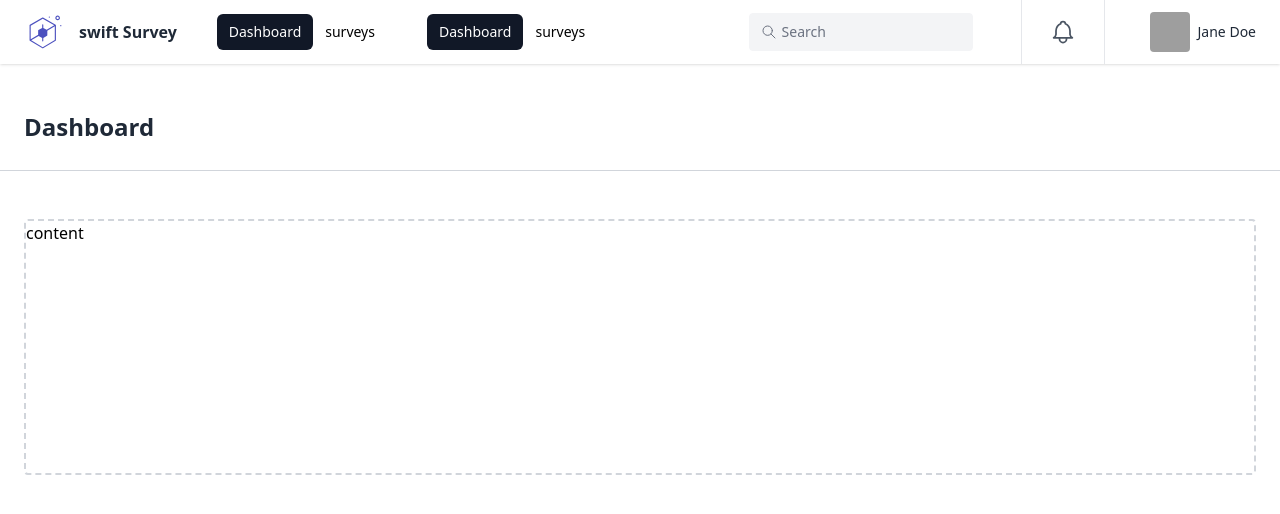
Repository: thomsontochi/swiftSurvey
Page: /dashboard (app in vue/)
The author's editor kept a copy of each file at every save. The page is drawn from the files as they stood at one save, then again after the next save.
The browser window is 1280 px wide. The pictures show the whole page.
Pictures or frames that could not be fetched are drawn as grey boxes. The project was rebuilt for these pictures with package versions that can differ from the ones it lists, and the page was loaded fresh each time. Also part of the build but not shown: vue/vite.config.js, vue/src/views/Login.vue, vue/src/views/Register.vue, vue/src/views/Surveys.vue, vue/src/components/AuthLayout.vue, vue/src/components/Pages/Welcome.vue.

Above is the page before, as saved 2022-07-16 15:44:07.

### vue/src/main.js
import { createApp } from 'vue'
import App from './App.vue'
import store from './store'
import './index.css'
import router from './router'

createApp(App)
    .use(router)
    .use(store)
    .mount('#app')

### vue/src/App.vue
<script setup>

</script>

<template>

  <router-view></router-view>

</template>

### vue/src/store/index.js
import { createStore } from "vuex";

const store = createStore ({

    state: {
        user: {
            data: {},
            token: 123,
          }
    },
    getters:{},
    actions:{},
    mutations:{},
    modules:{}
})

export default store;

### vue/src/router/index.js
import { createRouter, createWebHistory } from "vue-router";
import Login from '../views/Login.vue'
import Register from '../views/Register.vue'
import Dashboard from "../views/Dashboard.vue"
import DefaultLayout from "../components/DefaultLayout.vue"
import Surveys from "../views/Surveys.vue"
import AuthLayout from "../components/AuthLayout.vue"
import Welcome from "../components/Pages/Welcome.vue"
import store from "../store"




const routes = [
    {
      path: "/",
      name: Welcome,
      component: Welcome
    },
    {
        path: "/dashboard",
        redirect: "/dashboard",
        component: DefaultLayout,
        meta: {requiresAuth: true},
        children: [
          { path: "/dashboard", name: "Dashboard", component: Dashboard },
          { path: "/surveys", name: "Surveys", component: Surveys },
        ],
    },
    {
        path:"/auth",
        redirect: "/login",
        name:"Auth",
        component: AuthLayout,
        meta: {isGuest: true},
        children: [

            {
                path: '/login',
                name: 'Login',
                component: Login
            },
            {
                path: '/register',
                name: 'Register',
                component: Register
            }

        ]

    },


];

const router = createRouter ({
    history: createWebHistory(),
    routes
})

router.beforeEach((to, from, next) => {
    if (to.meta.requiresAuth && !store.state.user.token) {
      next({ name: "Login" });
    } else if (store.state.user.token && to.meta.isGuest) {
      next({ name: "Dashboard" });
    } else {
      next();
    }
  });

export default router;

### vue/src/views/Dashboard.vue
<template>

     <!-- Page title starts -->

        <div class="  my-6 lg:my-12 container px-6 mx-auto flex flex-col lg:flex-row items-start lg:items-center justify-between pb-4 border-b border-gray-300">
            <div>
                <h4 class="text-2xl font-bold leading-tight text-gray-800">Dashboard</h4>

                <ul class="flex flex-col md:flex-row items-start md:items-center text-gray-600 text-sm mt-3"> </ul>
            </div>
            <!-- <div class="mt-6 lg:mt-0">
                <button class="mx-2 my-2 bg-white transition duration-150 ease-in-out focus:outline-none hover:bg-gray-100 rounded text-indigo-700 px-6 py-2 text-sm">Back</button>
                <button class="transition duration-150 ease-in-out hover:bg-indigo-600 focus:outline-none border bg-indigo-700 rounded text-white px-8 py-2 text-sm">Edit Profile</button>
            </div> -->
        </div>
        <!-- Page title ends -->


        <div class="container mx-auto px-6">
            <!-- Remove class [ h-64 ] when adding a card block -->
            <!-- Remove class [ border-dashed border-2 border-gray-300 ] to remove dotted border -->
            <div class="w-full h-64 rounded border-dashed border-2 border-gray-300">
                <!-- Place your content here -->
                <h1>content</h1>
            </div>
        </div>


</template>

<!-- <script>
export default {
    name: "LightWithGreyBackground",
    data() {
        return {
            xmlns: "http://www.w3.org/2000/svg",
            xlink: "http://www.w3.org/1999/xlink",
            profilePhoto: "https://tuk-cdn.s3.amazonaws.com/assets/components/boxed_layout/bl_1.png",
        };
    },
    methods: {
        dropdownHandler(event) {
            let single = event.currentTarget.getElementsByTagName("ul")[0];
            single.classList.toggle("hidden");
        },
        MenuHandler(el, val) {
            let MainList = el.currentTarget.parentElement.getElementsByTagName("ul")[0];
            let closeIcon = el.currentTarget.parentElement.getElementsByClassName("close-m-menu")[0];
            let showIcon = el.currentTarget.parentElement.getElementsByClassName("show-m-menu")[0];
            if (val) {
                MainList.classList.remove("hidden");
                el.currentTarget.classList.add("hidden");
                closeIcon.classList.remove("hidden");
            } else {
                showIcon.classList.remove("hidden");
                MainList.classList.add("hidden");
                el.currentTarget.classList.add("hidden");
            }
        },
    },
};
</script> -->

### vue/src/components/DefaultLayout.vue
<template>
    <div class="">
        <!-- Navigation starts -->
        <nav class="w-full mx-auto bg-white shadow">
            <div class="container px-6 justify-between h-16 flex items-center lg:items-stretch mx-auto">
                <div class="h-full flex items-center">
                    <div class="mr-10 flex items-center">
                        <svg aria-label="Home" id="logo" enable-background="new 0 0 300 300" height="44" viewBox="0 0 300 300" width="43" v-bind:xmlns="xmlns" :xmlns:xlink="xlink">
                            <g>
                                <path
                                    fill="#4c51bf"
                                    d="m234.735 35.532c-8.822 0-16 7.178-16 16s7.178 16 16 16 16-7.178 16-16-7.178-16-16-16zm0 24c-4.412 0-8-3.588-8-8s3.588-8 8-8 8 3.588 8 8-3.588 8-8 8zm-62.529-14c0-2.502 2.028-4.53 4.53-4.53s4.53 2.028 4.53 4.53c0 2.501-2.028 4.529-4.53 4.529s-4.53-2.027-4.53-4.529zm89.059 60c0 2.501-2.028 4.529-4.53 4.529s-4.53-2.028-4.53-4.529c0-2.502 2.028-4.53 4.53-4.53s4.53 2.029 4.53 4.53zm-40.522-5.459-88-51.064c-1.242-.723-2.773-.723-4.016 0l-88 51.064c-1.232.715-1.992 2.033-1.992 3.459v104c0 1.404.736 2.705 1.938 3.428l88 52.936c.635.381 1.35.572 2.062.572s1.428-.191 2.062-.572l88-52.936c1.201-.723 1.938-2.023 1.938-3.428v-104c0-1.426-.76-2.744-1.992-3.459zm-90.008-42.98 80.085 46.47-52.95 31.289-23.135-13.607v-21.713c0-2.209-1.791-4-4-4s-4 1.791-4 4v21.713l-26.027 15.309c-1.223.719-1.973 2.029-1.973 3.447v29.795l-52 30.727v-94.688zm0 198.707-80.189-48.237 51.467-30.412 24.723 14.539v19.842c0 2.209 1.791 4 4 4s4-1.791 4-4v-19.842l26.027-15.307c1.223-.719 1.973-2.029 1.973-3.447v-31.667l52-30.728v94.729z"
                                />
                            </g>
                        </svg>
                        <router-link :to="{path: '/' }" class="text-base text-gray-800 font-bold tracking-normal leading-tight ml-3 hidden lg:block">swift Survey</router-link>
                    </div>

                    <ul class="pr-12 xl:flex items-center h-full hidden">
                        <li class="hover:text-indigo-700 cursor-pointer h-full flex items-center text-sm  tracking-normal">
                         <router-link
                            v-for="item in navigation"
                            :key="item.name"
                            :to="item.to"
                            active-class="bg-gray-900 text-white"
                            :class="[ this.$route.name !== item.to.name ? '' : ' hover:bg-gray-700 hover:text-white', 'px-3 py-2 rounded-md text-sm font-medium']">
                              {{item.name}}
                        </router-link>
                        </li>
                        <li class="hover:text-indigo-700 cursor-pointer h-full flex items-center text-sm text-gry-800 mx-10 tracking-normal">
                         <router-link
                            v-for="item in navigation"
                            :key="item.name"
                            :to="item.to"
                            active-class="bg-gray-900 text-white"
                            :class="[ this.$route.name === item.to.name ? '' : ' hover:bg-gray-700 hover:text-white', 'px-3 py-2 rounded-md text-sm font-medium']"
                         >
                       {{item.name}}
                        </router-link>
                        </li>

                    </ul>
                </div>

                <div class="h-full xl:flex items-center justify-end hidden">
                    <div class="w-full h-full flex items-center">
                        <div class="w-full pr-12 h-full flex items-center border-r">
                            <div class="relative w-full">
                                <div class="text-gray-500 absolute ml-3 inset-0 m-auto w-4 h-4">
                                    <svg v-bind:xmlns="xmlns" class="icon icon-tabler icon-tabler-search" width="16" height="16" viewBox="0 0 24 24" stroke-width="1.5" stroke="currentColor" fill="none" stroke-linecap="round" stroke-linejoin="round">
                                        <path stroke="none" d="M0 0h24v24H0z" />
                                        <circle cx="10" cy="10" r="7" />
                                        <line x1="21" y1="21" x2="15" y2="15" />
                                    </svg>
                                </div>
                                <input class="border border-gray-100 focus:outline-none focus:border-indigo-700 w-56 rounded text-sm text-gray-500 bg-gray-100 pl-8 py-2" type="text" placeholder="Search" />
                            </div>
                        </div>
                        <div class="w-full h-full flex">
                            <div class="w-32 h-full flex items-center justify-center border-r cursor-pointer text-gray-600">
                                <svg v-bind:xmlns="xmlns" class="icon icon-tabler icon-tabler-bell" width="28" height="28" viewBox="0 0 24 24" stroke-width="1.5" stroke="currentColor" fill="none" stroke-linecap="round" stroke-linejoin="round">
                                    <path stroke="none" d="M0 0h24v24H0z" />
                                    <path d="M10 5a2 2 0 0 1 4 0a7 7 0 0 1 4 6v3a4 4 0 0 0 2 3h-16a4 4 0 0 0 2 -3v-3a7 7 0 0 1 4 -6" />
                                    <path d="M9 17v1a3 3 0 0 0 6 0v-1" />
                                </svg>
                            </div>
                            <div aria-haspopup="true" class="cursor-pointer w-full flex items-center justify-end relative" @click="dropdownHandler($event)">
                                <ul class="p-2 w-40 border-r bg-white absolute rounded z-40 left-0 shadow mt-64 hidden">
                                    <li class="cursor-pointer text-gray-600 text-sm leading-3 tracking-normal py-2 hover:text-indigo-700 focus:text-indigo-700 focus:outline-none">
                                        <div class="flex items-center">
                                            <svg v-bind:xmlns="xmlns" class="icon icon-tabler icon-tabler-user" width="20" height="20" viewBox="0 0 24 24" stroke-width="1.5" stroke="currentColor" fill="none" stroke-linecap="round" stroke-linejoin="round">
                                                <path stroke="none" d="M0 0h24v24H0z" />
                                                <circle cx="12" cy="7" r="4" />
                                                <path d="M6 21v-2a4 4 0 0 1 4 -4h4a4 4 0 0 1 4 4v2" />
                                            </svg>
                                            <span class="ml-2"> My Profile </span>
                                        </div>
                                    </li>
                                    <li class="cursor-pointer text-gray-600 text-sm leading-3 tracking-normal mt-2 py-2 hover:text-indigo-700 focus:text-indigo-700 focus:outline-none flex items-center">
                                        <svg v-bind:xmlns="xmlns" class="icon icon-tabler icon-tabler-help" width="20" height="20" viewBox="0 0 24 24" stroke-width="1.5" stroke="currentColor" fill="none" stroke-linecap="round" stroke-linejoin="round">
                                            <path stroke="none" d="M0 0h24v24H0z" />
                                            <circle cx="12" cy="12" r="9" />
                                            <line x1="12" y1="17" x2="12" y2="17.01" />
                                            <path d="M12 13.5a1.5 1.5 0 0 1 1 -1.5a2.6 2.6 0 1 0 -3 -4" />
                                        </svg>
                                        <span class="ml-2">Help Center</span>
                                    </li>
                                    <li class="cursor-pointer text-gray-600 text-sm leading-3 tracking-normal mt-2 py-2 hover:text-indigo-700 flex items-center focus:text-indigo-700 focus:outline-none">
                                        <svg v-bind:xmlns="xmlns" class="icon icon-tabler icon-tabler-settings" width="20" height="20" viewBox="0 0 24 24" stroke-width="1.5" stroke="currentColor" fill="none" stroke-linecap="round" stroke-linejoin="round">
                                            <path stroke="none" d="M0 0h24v24H0z" />
                                            <path d="M10.325 4.317c.426-1.756 2.924-1.756 3.35 0a1.724 1.724 0 0 0 2.573 1.066c1.543-.94 3.31.826 2.37 2.37a1.724 1.724 0 0 0 1.065 2.572c1.756.426 1.756 2.924 0 3.35a1.724 1.724 0 0 0 -1.066 2.573c.94 1.543-.826 3.31-2.37 2.37a1.724 1.724 0 0 0 -2.572 1.065c-.426 1.756-2.924 1.756-3.35 0a1.724 1.724 0 0 0 -2.573 -1.066c-1.543.94-3.31-.826-2.37-2.37a1.724 1.724 0 0 0 -1.065 -2.572c-1.756-.426-1.756-2.924 0-3.35a1.724 1.724 0 0 0 1.066 -2.573c-.94-1.543.826-3.31 2.37-2.37.996.608 2.296.07 2.572-1.065z" />
                                            <circle cx="12" cy="12" r="3" />
                                        </svg>
                                        <span class="ml-2">Account Settings</span>
                                    </li>
                                </ul>
                                <img class="rounded h-10 w-10 object-cover" v-bind:src="profilePhoto" alt="logo" />
                                <p class="text-gray-800 text-sm ml-2">Jane Doe</p>
                            </div>
                        </div>
                    </div>
                </div>

                <div class="visible xl:hidden flex items-center">
                    <ul class="z-40 p-2 border-r bg-white absolute rounded top-0 left-0 right-0 shadow mt-16 md:mt-16 hidden">
                        <li class="flex xl:hidden cursor-pointer text-gray-600 text-base leading-3 tracking-normal mt-2 py-3 hover:text-indigo-700 focus:text-indigo-700 focus:outline-none">
                            <div class="flex items-center">
                                <span class="leading-6 ml-2 font-bold"> Dashboard </span>
                            </div>
                        </li>
                        <li class="xl:hidden flex-col cursor-pointer text-gray-600 text-base leading-3 tracking-normal py-3 hover:text-indigo-700 focus:text-indigo-700 focus:outline-none flex justify-center" @click="dropdownHandler($event)">
                            <div class="flex items-center">
                                <span class="leading-6 ml-2 font-bold"> Products </span>
                            </div>
                            <ul class="ml-2 mt-3 hidden">
                                <li class="cursor-pointer text-gray-600 text-sm leading-3 tracking-normal py-3 hover:bg-indigo-700 hover:text-white px-3 font-normal">Landing Pages</li>
                                <li class="cursor-pointer text-gray-600 text-sm leading-3 tracking-normal py-3 hover:bg-indigo-700 hover:text-white px-3 font-normal">Templates</li>
                                <li class="cursor-pointer text-gray-600 text-sm leading-3 tracking-normal py-3 hover:bg-indigo-700 hover:text-white px-3 font-normal">Components</li>
                            </ul>
                        </li>
                        <li class="xl:hidden cursor-pointer text-gray-600 text-base leading-3 tracking-normal py-3 hover:text-indigo-700 flex items-center focus:text-indigo-700 focus:outline-none">
                            <span class="leading-6 ml-2 font-bold">Performance</span>
                        </li>
                        <li class="xl:hidden flex-col cursor-pointer text-gray-600 text-base leading-3 tracking-normal mb-2 py-3 hover:text-indigo-700 focus:text-indigo-700 focus:outline-none flex justify-center" @click="dropdownHandler($event)">
                            <div class="flex items-center">
                                <span class="leading-6 ml-2 font-bold"> Deliverables </span>
                            </div>
                            <ul class="ml-2 mt-3 hidden">
                                <li class="cursor-pointer text-gray-600 text-sm leading-3 tracking-normal py-3 hover:bg-indigo-700 hover:text-white px-3 font-normal">Landing Pages</li>
                                <li class="cursor-pointer text-gray-600 text-sm leading-3 tracking-normal py-3 hover:bg-indigo-700 hover:text-white px-3 font-normal">Templates</li>
                                <li class="cursor-pointer text-gray-600 text-sm leading-3 tracking-normal py-3 hover:bg-indigo-700 hover:text-white px-3 font-normal">Components</li>
                            </ul>
                        </li>
                        <li>
                            <hr class="border-b border-gray-300 w-full" />
                        </li>
                        <li class="ml-2 cursor-pointer text-gray-600 text-sm leading-3 tracking-normal mt-2 py-2 hover:text-indigo-700 flex items-center focus:text-indigo-700 focus:outline-none">
                            <div class="flex items-center">
                                <div class="w-12 cursor-pointer flex text-sm border-2 border-transparent rounded focus:outline-none focus:border-white transition duration-150 ease-in-out">
                                    <img class="rounded h-10 w-10 object-cover" v-bind:src="profilePhoto" alt="logo" />
                                </div>
                                <p class="leading-6 text-base ml-1 cursor-pointer">Jane Doe</p>
                                <div class="sm:ml-2 text-white relative">
                                    <svg v-bind:xmlns="xmlns" class="icon icon-tabler icon-tabler-chevron-down cursor-pointer" width="20" height="20" viewBox="0 0 24 24" stroke-width="1.5" stroke="currentColor" fill="none" stroke-linecap="round" stroke-linejoin="round">
                                        <path stroke="none" d="M0 0h24v24H0z"></path>
                                        <polyline points="6 9 12 15 18 9"></polyline>
                                    </svg>
                                </div>
                            </div>
                        </li>
                        <li class="ml-2 cursor-pointer text-gray-600 text-base leading-3 tracking-normal py-2 hover:text-indigo-700 focus:text-indigo-700 focus:outline-none">
                            <div class="flex items-center">
                                <svg v-bind:xmlns="xmlns" class="icon icon-tabler icon-tabler-user" width="24" height="24" viewBox="0 0 24 24" stroke-width="1.5" stroke="currentColor" fill="none" stroke-linecap="round" stroke-linejoin="round">
                                    <path stroke="none" d="M0 0h24v24H0z" />
                                    <circle cx="12" cy="7" r="4" />
                                    <path d="M6 21v-2a4 4 0 0 1 4 -4h4a4 4 0 0 1 4 4v2" />
                                </svg>
                                <span class="leading-6 ml-2">Profile</span>
                            </div>
                        </li>
                    </ul>

                    <svg @click="MenuHandler($event, true)" aria-haspopup="true" aria-label="Main Menu" v-bind:xmlns="xmlns" class="show-m-menu icon icon-tabler icon-tabler-menu" width="28" height="28" viewBox="0 0 24 24" stroke-width="1.5" stroke="#000" fill="none" stroke-linecap="round" stroke-linejoin="round">
                        <path stroke="none" d="M0 0h24v24H0z"></path>
                        <line x1="4" y1="8" x2="20" y2="8"></line>
                        <line x1="4" y1="16" x2="20" y2="16"></line>
                    </svg>
                    <div class="hidden close-m-menu" @click="MenuHandler($event, false)">
                        <svg aria-label="Close" v-bind:xmlns="xmlns" width="24" height="24" viewBox="0 0 24 24" stroke-width="1.5" stroke="#000" fill="none" stroke-linecap="round" stroke-linejoin="round">
                            <path stroke="none" d="M0 0h24v24H0z" />
                            <line x1="18" y1="6" x2="6" y2="18" />
                            <line x1="6" y1="6" x2="18" y2="18" />
                        </svg>
                    </div>
                </div>
            </div>
        </nav>
        <!-- Navigation ends -->

        <router-view></router-view>

    </div>
</template>

<script>


    const navigation = [
        { name: "Dashboard", to: { path: "/Dashboard" } },
        { name: "surveys", to: { path: "/Surveys" } }
        ];

export default {
    name: "LightWithGreyBackground",
    data() {
        return {
            xmlns: "http://www.w3.org/2000/svg",
            xlink: "http://www.w3.org/1999/xlink",
            profilePhoto: "https://tuk-cdn.s3.amazonaws.com/assets/components/boxed_layout/bl_1.png",
        };
    },


    methods: {
        dropdownHandler(event) {
            let single = event.currentTarget.getElementsByTagName("ul")[0];
            single.classList.toggle("hidden");
        },
        MenuHandler(el, val) {
            let MainList = el.currentTarget.parentElement.getElementsByTagName("ul")[0];
            let closeIcon = el.currentTarget.parentElement.getElementsByClassName("close-m-menu")[0];
            let showIcon = el.currentTarget.parentElement.getElementsByClassName("show-m-menu")[0];
            if (val) {
                MainList.classList.remove("hidden");
                el.currentTarget.classList.add("hidden");
                closeIcon.classList.remove("hidden");
            } else {
                showIcon.classList.remove("hidden");
                MainList.classList.add("hidden");
                el.currentTarget.classList.add("hidden");
            }
        },

    },

    setup() {

        return {

          navigation,

        };


    }











};


</script>

### vue/tailwind.config.js
/** @type {import('tailwindcss').Config} */
module.exports = {
  content: [
    "./index.html",
    "./src/**/*.{vue,js,ts,jsx,tsx}",
  ],
  theme: {
    extend: {},
  },
  plugins: [require("@tailwindcss/forms")],
}

Loaded but not shown: vue/index.html (common file); vue/src/index.css (common file)

After the next save:
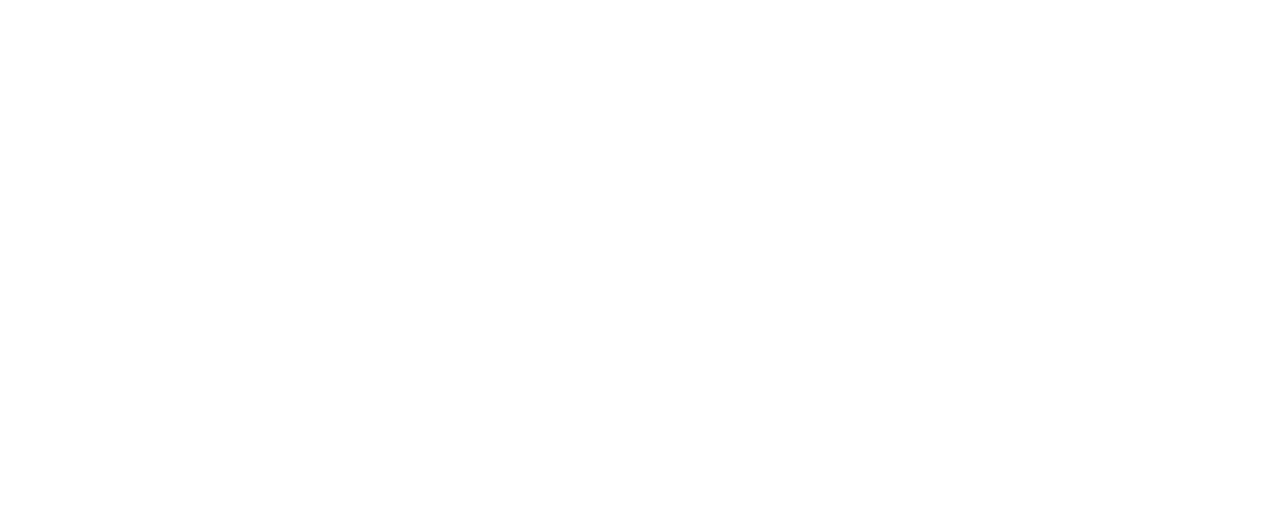
Console error (its wording comes from the project's code and is left out).
Saved 59 s later.
--- a/vue/src/components/DefaultLayout.vue
+++ b/vue/src/components/DefaultLayout.vue
@@ -23,7 +23,7 @@
                             :key="item.name"
                             :to="item.to"
                             active-class="bg-gray-900 text-white"
-                            :class="[ this.$route.name !== item.to.name ? '' : ' hover:bg-gray-700 hover:text-white', 'px-3 py-2 rounded-md text-sm font-medium']">
+                            ">
                               {{item.name}}
                         </router-link>
                         </li>

After the save that followed:
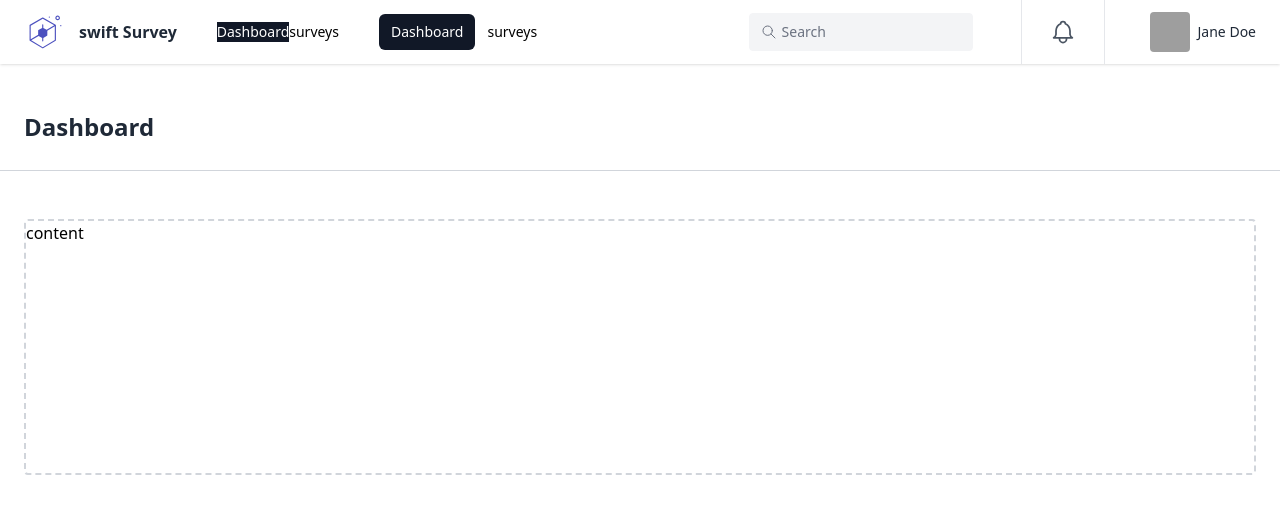
The error is gone.
Saved 9 s later.
--- a/vue/src/components/DefaultLayout.vue
+++ b/vue/src/components/DefaultLayout.vue
@@ -23,7 +23,7 @@
                             :key="item.name"
                             :to="item.to"
                             active-class="bg-gray-900 text-white"
-                            ">
+                            >
                               {{item.name}}
                         </router-link>
                         </li>
